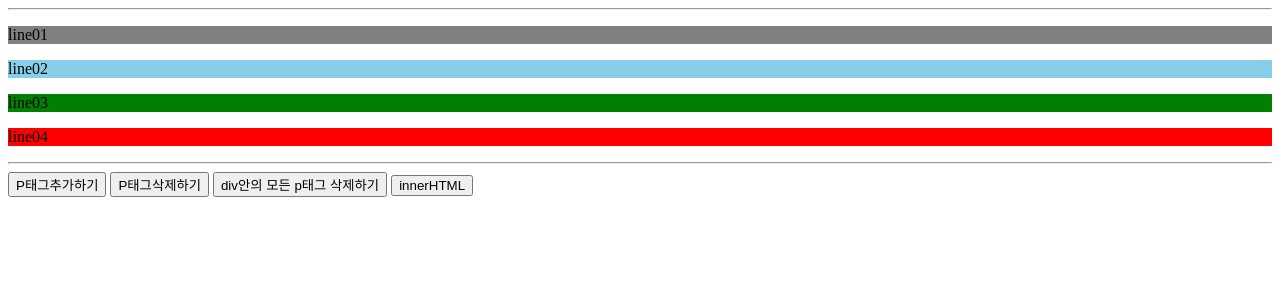
Repository: wishinghyun/multicampus
Page: webwork/clientweb/WebContent/js_dom/domExam.html
An editor plug-in stored every save of this project. The page is shown before and after the next save, followed by the edit.
The browser window is 1280 px wide. The pictures show the whole page.
After loading, the first visible `button` was clicked once.

Above is the page before, as saved 2020-01-10 04:44:04.
Console error: ReferenceError: parentNode is not defined

After the next save:
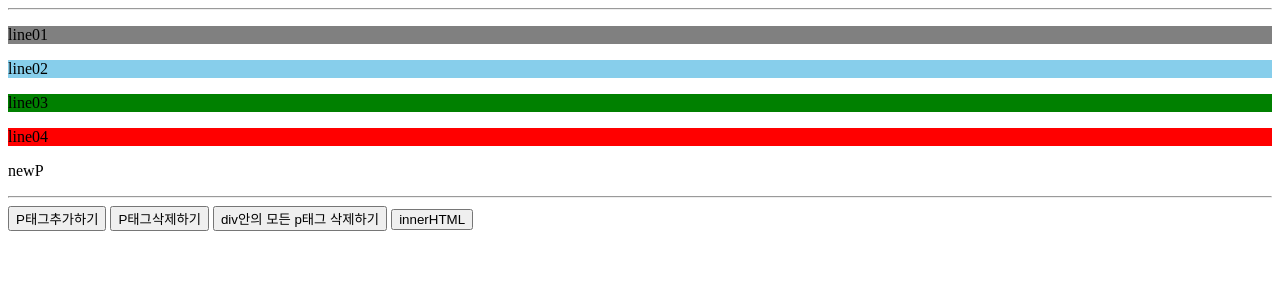
The error is gone.
Saved 19 s later.
--- a/webwork/clientweb/WebContent/js_dom/domExam.html
+++ b/webwork/clientweb/WebContent/js_dom/domExam.html
@@ -9,8 +9,7 @@
 			textNode = document.createTextNode("newP")
 			pNode.appendChild(textNode)
 			targetNode = document.getElementById("root")
-			parentNode.insertBefore(textNode, targetNode)
-
+			targetNode.appendChild(pNode)
 		}
 	</script>
 </head>
